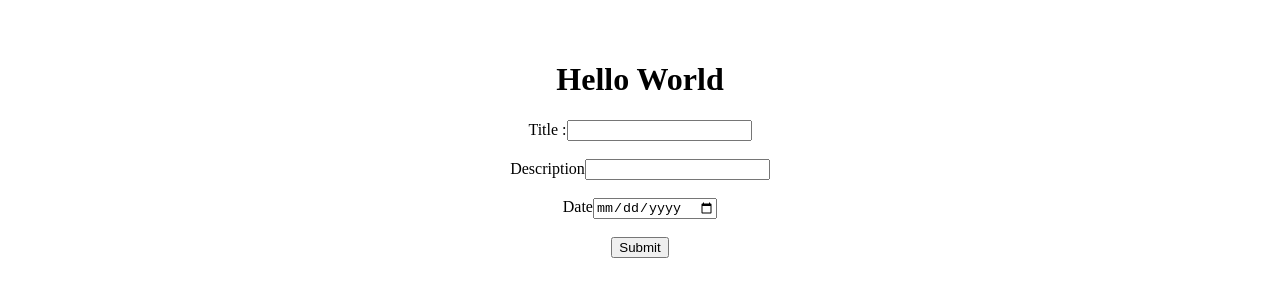
Repository: VishwaGoswami1407/todo-react-frontend
Page: /
The author's editor kept a copy of each file at every save. The page is drawn from the files as they stood at one save, then again after a run of saves.
The browser window is 1280 px wide. The pictures show the whole page.
The project was rebuilt for these pictures with package versions that can differ from the ones it lists, and the page was loaded fresh each time. Also part of the build but not shown: vite.config.js.

Above is the page before, as saved 2024-10-27 22:57:43.

After the next 2 saves:
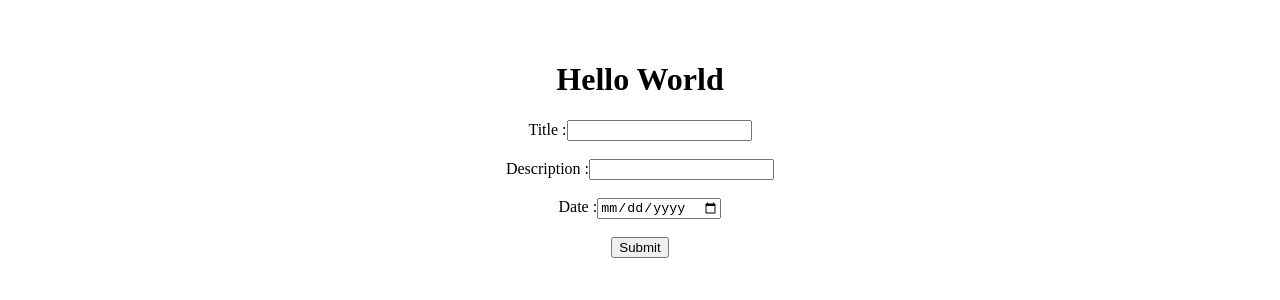
The 2 saves are shown as one change because they came seconds apart.
The last was saved 7 s later.
--- a/src/App.jsx
+++ b/src/App.jsx
@@ -9,11 +9,11 @@ function App() {
      <input type="text" name="title" />
      <br />
      <br />
-     <label>Description</label>
+     <label>Description :</label>
      <input type="text" name="description" />
      <br />
      <br />
-     <label>Date</label>
+     <label>Date :</label>
      <input type="date" name="date" />
      <br />
      <br />
